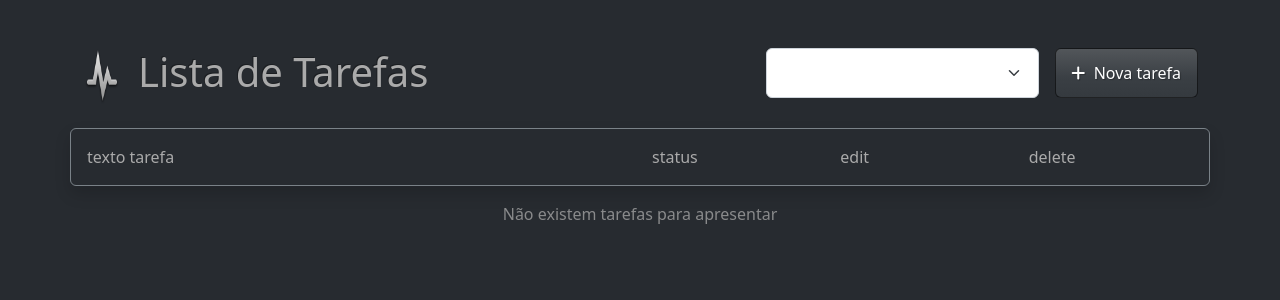
Repository: cargugati/lista_tarefas
Page: frontEnd/index.html
These files come from the project's save history. The page is drawn as it stood at one moment and after a run of saves; the edit follows.
The browser window is 1280 px wide. The pictures show the whole page.

Above is the page before, as saved 2023-03-18 21:01:31.

### frontEnd/index.html
<!DOCTYPE html>
<html lang="pt-br">

<head>
  <meta charset="UTF-8">
  <meta http-equiv="X-UA-Compatible" content="IE=edge">
  <meta name="viewport" content="width=device-width, initial-scale=1.0">
  <title>Lista de Tarefas</title>
  <link rel="stylesheet" href="./assets/css/bootstrap.min.css">
  <link rel="stylesheet" href="./assets/fontawesome/css/all.min.css">
  <link rel="shortcut icon" href="./assets/images/favicon.png" type="image/png">
</head>

<body>
  <div class="container my-5">

    <!-- cabeçalho -->
    <div class="row mb-4">
      <div class="col">
        <div class="d-flex justify-content-start">
          <img src="./assets/images/favicon.png" alt="Logo" class="img-fluid me-3" width="40px">
          <h1>Lista de Tarefas</h1>
        </div>

      </div>
      <div class="col text-end">
        <div class="d-flex justify-content-end">
          <select id="select_filter" class="form-select w-50 me-3">
            <option value=""></option>
            <option value="1">1</option>
          </select>
          <a href="new_task.html" class="btn btn-primary"><i class="fa-solid fa-plus me-2"></i>Nova tarefa</a>
        </div>
      </div>
    </div>

    <!-- aspecto visual de uma tarefa -->
    <div class="row mb-3">
      <div class="col-12 border border-secondary rounded p-3 shadow">
        <div class="row">
          <div class="col-6">texto tarefa</div>
          <div class="col-2">status</div>
          <div class="col-2">edit</div>
          <div class="col-2">delete</div>
        </div>
      </div>
    </div>


    <!-- sem tarefa -->
    <div class="row " id="no_tasks">
      <div class="col text-center">
        <span class="opacity-75">Não existem tarefas para apresentar</span>
      </div>
    </div>
  </div>


  <script src="./assets/js/bootstrap.bundle.min.js"></script>
</body>

</html>

Loaded but not shown: frontEnd/assets/css/bootstrap.min.css (library); frontEnd/assets/fontawesome/css/all.min.css (library); frontEnd/assets/js/bootstrap.bundle.min.js (library)

After the next 5 saves:
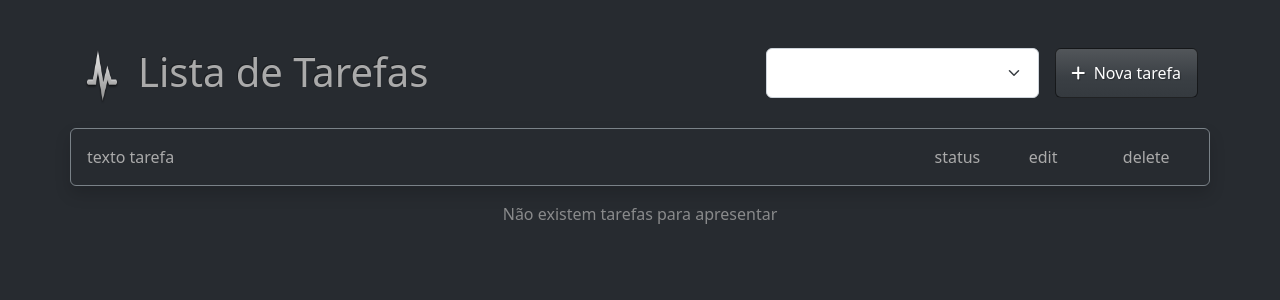
The 5 saves are shown as one change because they came seconds apart.
The last was saved 80 s later.
--- a/frontEnd/index.html
+++ b/frontEnd/index.html
@@ -38,10 +38,10 @@
     <div class="row mb-3">
       <div class="col-12 border border-secondary rounded p-3 shadow">
         <div class="row">
-          <div class="col-6">texto tarefa</div>
-          <div class="col-2">status</div>
-          <div class="col-2">edit</div>
-          <div class="col-2">delete</div>
+          <div class="col-9">texto tarefa</div>
+          <div class="col-1">status</div>
+          <div class="col-1">edit</div>
+          <div class="col-1 bg">delete</div>
         </div>
       </div>
     </div>
